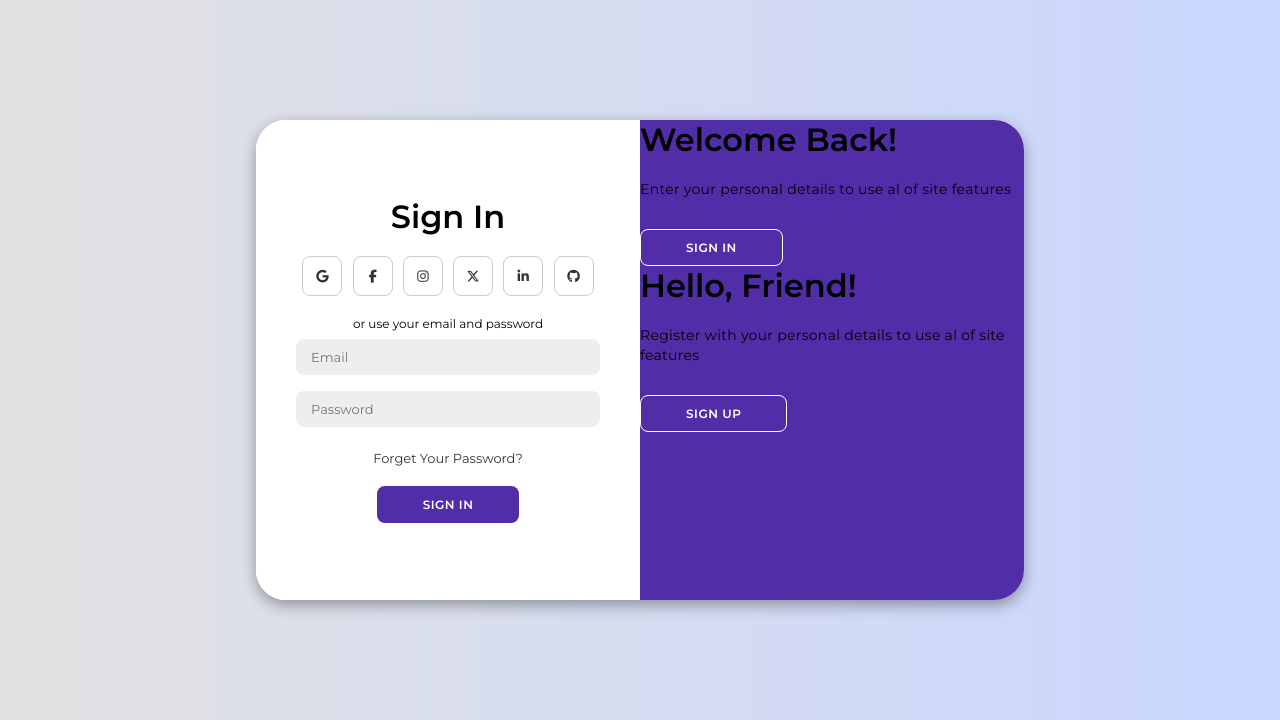
Repository: DevMike1993/Animated_Login_Page
Page: index.html
The author's editor kept a copy of each file at every save. The page is drawn from the files as they stood at one save, then again after a run of saves.
The browser window is 1280 px wide. The pictures show the whole page.

Above is the page before, as saved 2023-12-17 22:18:05.
Not found: script.js

### index.html
<!DOCTYPE html>
<html lang="en">
<head>
    <meta charset="UTF-8">
    <meta name="viewport" content="width=device-width, initial-scale=1.0">
    <link rel="stylesheet" href="https://cdnjs.cloudflare.com/ajax/libs/font-awesome/6.5.1/css/all.min.css">
    <link rel="stylesheet" href="style.css">
    <title>Animated Login Page</title>
</head>
<body>

    <div class="container" id="container">
        <div class="form-container sign-up">
            <form>
                <h1>Create Account</h1>
                <div class="social-icons">
                    <a href="#" class="icon"><i class="fa-brands fa-google"></i></a>
                    <a href="#" class="icon"><i class="fa-brands fa-facebook-f"></i></a>
                    <a href="#" class="icon"><i class="fa-brands fa-instagram"></i></a>
                    <a href="#" class="icon"><i class="fa-brands fa-x-twitter"></i></a>
                    <a href="#" class="icon"><i class="fa-brands fa-linkedin-in"></i></a>
                    <a href="#" class="icon"><i class="fa-brands fa-github"></i></a>
                </div>
                <span>or use your email for registration</span>
                <input type="text" placeholder="Name">
                <input type="email" placeholder="Email">
                <input type="password" placeholder="Password">
                <button>Sign Up</button>
            </form>
        </div>
        <div class="form-container sign-in">
            <form>
                <h1>Sign In</h1>
                <div class="social-icons">
                    <a href="#" class="icon"><i class="fa-brands fa-google"></i></a>
                    <a href="#" class="icon"><i class="fa-brands fa-facebook-f"></i></a>
                    <a href="#" class="icon"><i class="fa-brands fa-instagram"></i></a>
                    <a href="#" class="icon"><i class="fa-brands fa-x-twitter"></i></a>
                    <a href="#" class="icon"><i class="fa-brands fa-linkedin-in"></i></a>
                    <a href="#" class="icon"><i class="fa-brands fa-github"></i></a>
                </div>
                <span>or use your email and password</span>
                <input type="email" placeholder="Email">
                <input type="password" placeholder="Password">
                <a href="#">Forget Your Password?</a>
                <button>Sign In</button>
            </form>
        </div>
        <div class="toggle-container">
            <div class="toggle">
                <div class="toggle-panel toggle-left">
                    <h1>Welcome Back!</h1>
                    <p>Enter your personal details to use al of site features</p>
                    <button class="hidden" id="login">Sign In</button>
                </div>
                <div class="toggle-panel toggle-right">
                    <h1>Hello, Friend!</h1>
                    <p>Register with your personal details to use al of site features</p>
                    <button class="hidden" id="register">Sign Up</button>
                </div>
            </div>
        </div>
    </div>

    <script src="script.js"></script>
</body>
</html>

### style.css
@import url('https://fonts.googleapis.com/css2?family=Montserrat:ital,wght@0,200;0,300;0,400;0,500;0,600;1,200;1,300&family=Poppins&display=swap');

*{
    margin: 0;
    padding: 0;
    box-sizing: border-box;
    font-family: "Montserrat", sans-serif;
}

body{
    background-color: #c9d6ff;
    background: linear-gradient(to right, #e2e2e2, #c9d6ff);
    display: flex;
    align-items: center;
    justify-content: center;
    flex-direction: column;
    height: 100vh;
}

.container{
    background-color: #fff;
    border-radius: 30px;
    box-shadow: 0 5px 15px rgba(0, 0, 0, 0.35);
    position: relative;
    overflow: hidden;
    width: 768px;
    max-width: 100%;
    min-height: 480px;
}

.container p{
    font-size: 14px;
    line-height: 20px;
    letter-spacing: 0.3px;
    margin: 20px 0;
}

.container span{
    font-size: 12px;
}

.container a{
    color: #333;
    font-size: 13px;
    text-decoration: none;
    margin: 15px 0 10px;
}

.container button{
    background-color: #512da8;
    color: #fff;
    font-size: 12px;
    padding: 10px 45px;
    border: 1px solid transparent;
    border-radius: 8px;
    font-weight: 600;
    letter-spacing: 0.5px;
    text-transform: uppercase;
    margin-top: 10px;
    cursor: pointer;
}

.container button.hidden{
    background-color: transparent;
    border-color: #fff;
}

.container form{
    background-color: #fff;
    display: flex;
    align-items: center;
    justify-content: center;
    flex-direction: column;
    padding: 0 40px;
    height: 100%;
}

.container input{
    background-color: #eee;
    border: none;
    margin: 8px 0;
    padding: 10px 15px;
    font-size: 13px;
    border-radius: 8px;
    width: 100%;
    outline: none;
}

.form-container{
    position: absolute;
    top: 0;
    height: 100%;
    transition: all 0.6s ease-in-out;
}

.sign-in{
    left: 0;
    width: 50%;
    z-index: 2;
}

.container.active .sign-in{
    transform: translateX(100%);
}

.sing-up{
    left: 0;
    width: 50%;
    opacity: 0;
    z-index: 1;
}

.container.active sing-up{
    transform: translateX(100%);
    opacity: 1;
    z-index: 5;
    animation: move 0.6s;
}

@keyframes move{
    0%, 49.99%{
        opacity: 0;
        z-index: 1;
    }
    50%, 100%{
        opacity: 1;
        z-index: 5;
    }
}

.social-icons{
    margin: 20px 0;
}

.social-icons a{
    border: 1px solid #ccc;
    border-radius: 20%;
    display: inline-flex;
    justify-content: center;
    align-items: center;
    margin: 0 3px;
    width: 40px;
    height: 40px;
}

.toggle-container{
    position: absolute;
    top: 0;
    left: 50%;
    width: 50%;
    height: 100%;
    overflow: hidden;
    transition: all 0.6s ease-in-out;
    z-index: 1000;
}

.container.active .toggle-container{
    transform: translateX(-100%);
}

.toggle{
    background-color: #512da8;
    height: 100%;
}

After the next 4 saves:
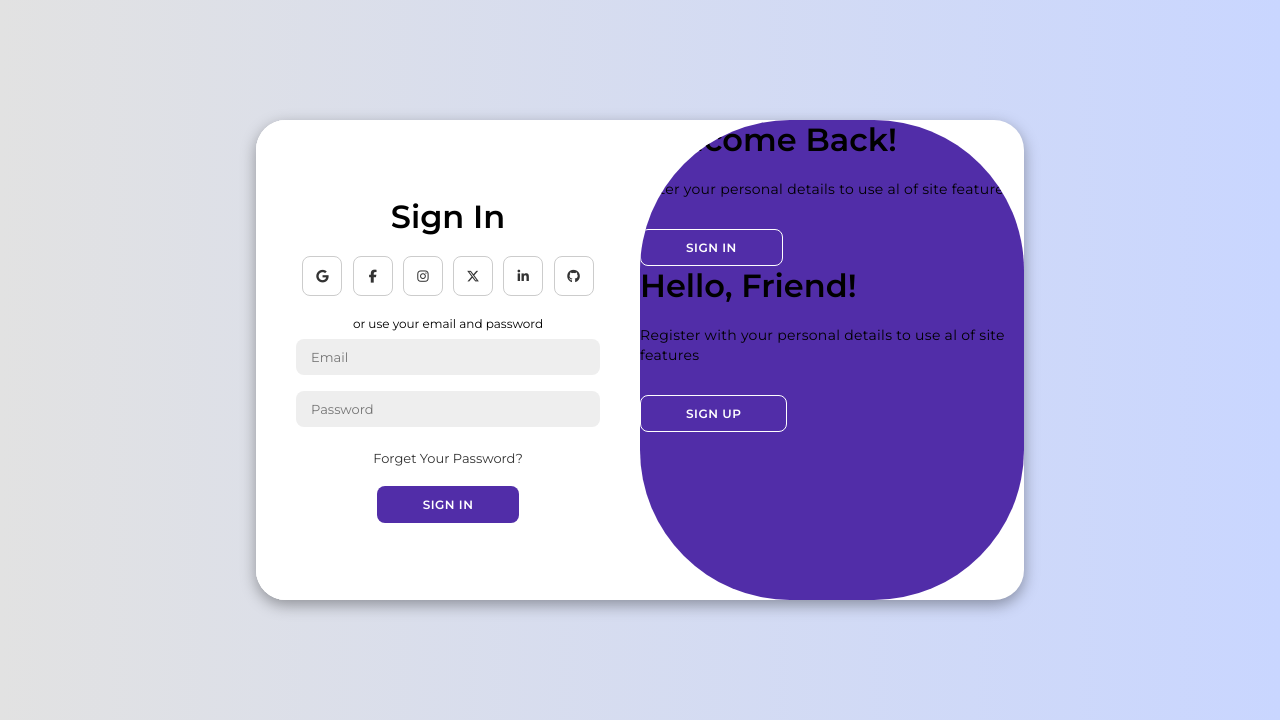
The 4 saves are shown as one change because they came seconds apart.
The last was saved 33 s later.
--- a/style.css
+++ b/style.css
@@ -151,6 +151,7 @@ body{
     height: 100%;
     overflow: hidden;
     transition: all 0.6s ease-in-out;
+    border-radius: 150px;
     z-index: 1000;
 }
 
